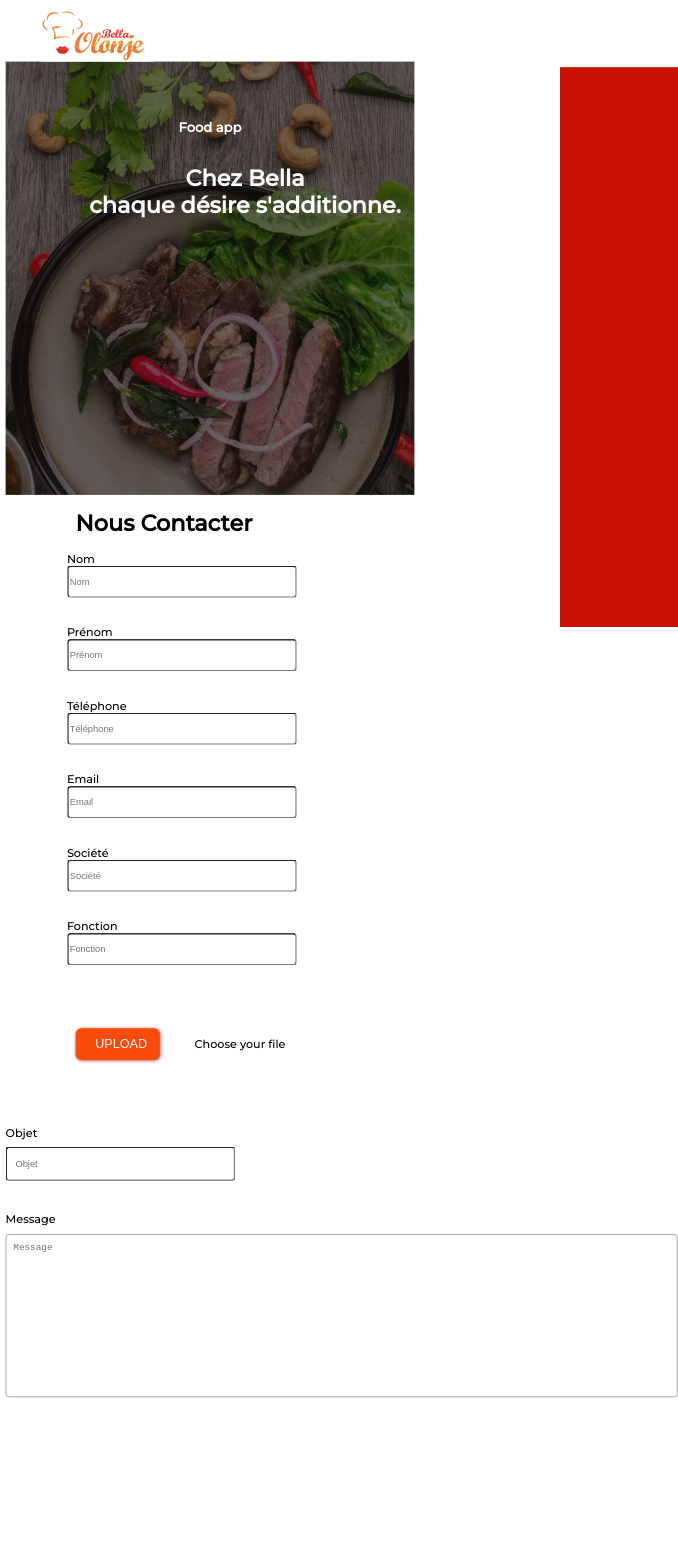
Repository: Ahlam-belhadj/bella-olange
Page: index3.html
These files come from the project's save history. The page is drawn as it stood at one moment and after the next save; the edit follows.
The browser window is 600 px wide. The page is 968 px wide, then 682 px, so the pictures cover 968 px, including what lies to the right of the window. The pictures show the part of the page from y = 0 to 2240 px (the page is 2650 px tall), at 70% of full size.
Pictures or frames that could not be fetched are drawn as grey boxes.

Above is the page before, as saved 2023-02-12 21:04:39.

### index3.html
<!DOCTYPE html>
<html lang="en">

<head>
    <meta charset="UTF-8">
    <meta http-equiv="X-UA-Compatible" content="IE=edge">
    <meta name="viewport" content="width=device-width, initial-scale=1.0">
    <link rel="stylesheet" href="style3.css">
    <script src="https://www.google.com/recaptcha/api.js" async defer></script>
    <title>Bella olanje</title>
</head>

<body>
    <header>
        <nav>
            <div class="logo"><img  class="logo" src="image/logo_bella_olonje.png" alt="logo"></div>
            <ul>
                <li><a href="#" class="nav-link">Home</a></li>
                <li><a href="#" class="nav-link">Pizza</a></li>
                <li><a href="#" class="nav-link">Burgers</a></li>
                <li><a href="#" class="nav-link">Salade</a></li>
                <li><a href="#" class="nav-link">Contact</a></li>

            </ul>
            <div class="icon_navbar">
                <label for="click" class="menu-btn">
                  <i class="fas fa-bars"></i>
                </label>
            </div>
          </nav>

        <div class="title">
            <div class="texte">
                <h3>Food app</h3>
                <h1>Chez Bella <br>
                    chaque désire s'additionne.</h1>
            </div>
        </div>
    </header>
    <main>
    <div class="information">
        <form>
            <h1>Nous Contacter</h1>
            <div class="commande">
                <div class="info1">
                    <div class="label">
                        <label>Nom</label>
                        <br>
                        <input type="text" placeholder="Nom">
                    </div>
                    <div class="label">
                        <label>Prénom</label>
                        <br>
                        <input type="text" placeholder="Prénom">
                    </div>
                </div>
                <div class="info2">
                    <div class="label">
                        <label>Téléphone</label>
                        <br>
                        <input type="text" placeholder="Téléphone">
                    </div>
                    <div class="label">
                        <label>Email</label>
                        <br>
                        <input type="email" placeholder="Email">
                    </div>
                </div>
                <div class="info1">
                    <div class="label">
                        <label>Société</label>
                        <br>
                        <input type="text" placeholder="Société">
                    </div>
                    <div class="label">
                        <label>Fonction</label>
                        <br>
                        <input type="email" placeholder="Fonction">
                    </div>
                </div>

            </div>
        </form>
    </div>


    <div class="chose">
        <div class="div_button">
            <button class="button1" type="button">UPLOAD</button>
            <p>Choose your file</p>
        </div>
    </div>

    <div>
        <div class="g-recaptcha" data-sitekey="6Lff4ygkAAAAABA1RWNuq8ewgkRZaDD-yAWqFs1t"></div>
    </div>

    <div class="grp_choose">
        <div class="choose_message">
            <div class="label_choose">
                <label>Objet</label><br>
                <input type="text" placeholder="Objet">
            </div>
            <div class="label_message">
                <label>Message</label><br>
                <textarea placeholder="Message"></textarea>
            </div>
        </div>
    </div>


    <div class="maps">
        <iframe
            src="https://www.google.com/maps/embed?pb=!1m18!1m12!1m3!1d6464.54830951471!2d2.4294808287259815!3d48.785241545980085!2m3!1f0!2f0!3f0!3m2!1i1024!2i768!4f13.1!3m3!1m2!1s0x47e67344bd2d57f1%3A0x2a84a845271b523a!2sAFPA!5e0!3m2!1sfr!2sfr!4v1674668360985!5m2!1sfr!2sfr"
            width="600" height="450" style="border:0;" allowfullscreen="" loading="lazy"
            referrerpolicy="no-referrer-when-downgrade"></iframe>
    </div>


    <div class="button1">
        <button class="button">Envoyer</button>
    </div>
</main>
</body>

</html>

### style3.css
@import url('https://fonts.googleapis.com/css2?family=Montserrat:wght@100;200;500&display=swap');

body {
    font-family: Montserrat, sans-serif;
}


.logo {
    height: 80px;
}

nav {
    display: flex;
    height: 80px;
    width: 100%;
    background: white;
    align-items: center;
    justify-content: space-between;
    padding: 0 50px 0 100px;
    flex-wrap: wrap;
  }

  nav .logo {
    color: #fff;
    font-size: 20px;
    text-transform: uppercase;
    text-decoration: none;
  }

  nav a {
    color: #fff;
    text-decoration: none;
  }

  nav ul {
    display: flex;
    flex-wrap: wrap;
    list-style: none;

  }

  nav ul li {
    margin: 0 5px;
  }

  nav ul li a {
    color: black;
    text-decoration: none;
    font-size: 16px;
    font-weight: 500;
    padding: 8px 15px;
    border-radius: 5px;
    letter-spacing: 1px;
    transition: all 0.3s ease;
  }

  nav .icon_navbar {
    display: flex;
  }



  nav .menu-btn i {
    color: #050505;
    font-size: 22px;
    cursor: pointer;

  }

  input[type="checkbox"] {
    display: none;
  }

  @media (max-width: 1000px) {
    nav {
      padding: 0 40px 0 50px;
    }

    nav .logo {
      color: #fff;
      font-size: 16px;
      text-transform: uppercase;
    }
  }

  @media (max-width: 1250px) {
    nav .menu-btn i {
      display: block;
    }

    #click:checked~.menu-btn i:before {
      content: "\f00d";
    }

    nav ul {
      position: fixed;
      top: 80px;
      right: -100%;
      background: #C81100;
      height: 100vh;
      width: 60%;
      text-align: center;
      display: block;
      transition: all 0.3s ease;
    }

    #click:checked~ul {
      right: 0;
    }

    nav ul li {
      width: 100%;
      margin: 40px 0;
    }

    nav ul li a {
      width: 100%;
      display: block;
      font-size: 20px;
      transition: 0.6s cubic-bezier(0.68, -0.55, 0.265, 1.55);
    }

    #click:checked~ul li a {
      margin-left: 0px;
    }

    nav ul li a.active,
    nav ul li a:hover {
      background: none;
      color: #1E1E1E;
    }
  }

.title {
  background-image: url(image/Rectangle\ 48.png);
  height: 619px;
  background-repeat: no-repeat;
  background-position: center;
  background-size: cover;



}

.texte{
    color: white;
    display: flex;
    align-items: center;
    justify-content: center;
    flex-direction: column;
    text-align: center;
    height: 50%;
}
/* header */

h1 {
    padding-left: 100px;
}


h2{
    text-align:center;
    padding-bottom: 20px;
}
.info1{
    display: flex;
    justify-content: space-around;
    padding-right: 100px;
}

.info2{
    display: flex;
    justify-content: space-around;
    padding-right: 100px;
}
input {
    width: 320px;
    height: 40px;
    border-radius: 5px;
    margin-bottom: 40px;

}


.maps{
    display: flex;

    padding-left: 200px ;
}

iframe {
width: 941px;
height: 500px;
left: 100px;
top: 1875px;

}


/* button */
button {
    border: 0;
    line-height: 2.5;
    width: 120px;
    padding: 0 18px;
    font-size: 18px;
    text-align: center;
    color: #fff;
    border-radius: 20px;
    background-color: #FA4A0C;
    box-shadow: 1px 1px 5px #B73227;


}

.button1{
    display: flex;
    justify-content: end;
    margin: 50px 0px 35px 100px;
    border-radius: 8px;
}

p {
        margin-top: 63px;
    margin-left: 50px;
}

.btn{
    display: flex;
}


.div_button {
    padding: 50px 0px 35px 100px;
    display: flex;
}

/* button */


.chose {
    display: flex;
}
.grp_choose {
    padding-left: 200px;
}

.label_choose input {
    width: 938px;
    height: 35px;
    margin-bottom: 20px;
    margin-top: 10px;
    padding: 5px 12px;
    color: grey;
    border-radius: 5px;
    border-color: gray;
}
.label_message {
    padding-top: 25px;
}
textarea {
    width: 938px;
    height: 141px;
    margin-bottom: 20px;
    color: grey;
    border-color: gray;
    margin-top: 12px;
    padding: 10px 10px 80px;
    outline: none;
    border-radius: 5px;
    resize: none;
}

.g-recaptcha {
    padding-left: 200px;
    margin-bottom: 60px;
}

@media (max-width:700px) {
    .info1 {
        display: flex;
        flex-direction: column;
        padding-left: 15%;
    }

    .info2 {
        display: flex;
        flex-direction: column;
        padding-left: 15%;
    }

    .div_button {
        padding: 0px;
      }

      .g-recaptcha{
        padding-left: 20%;
      }

      .grp_choose {
        padding-left: 0px;
      }

      .label_choose input{
        width: 300px;
      }
}

@media screen and (min-width:701px) and (max-width:1199px) {




}

After the next save:
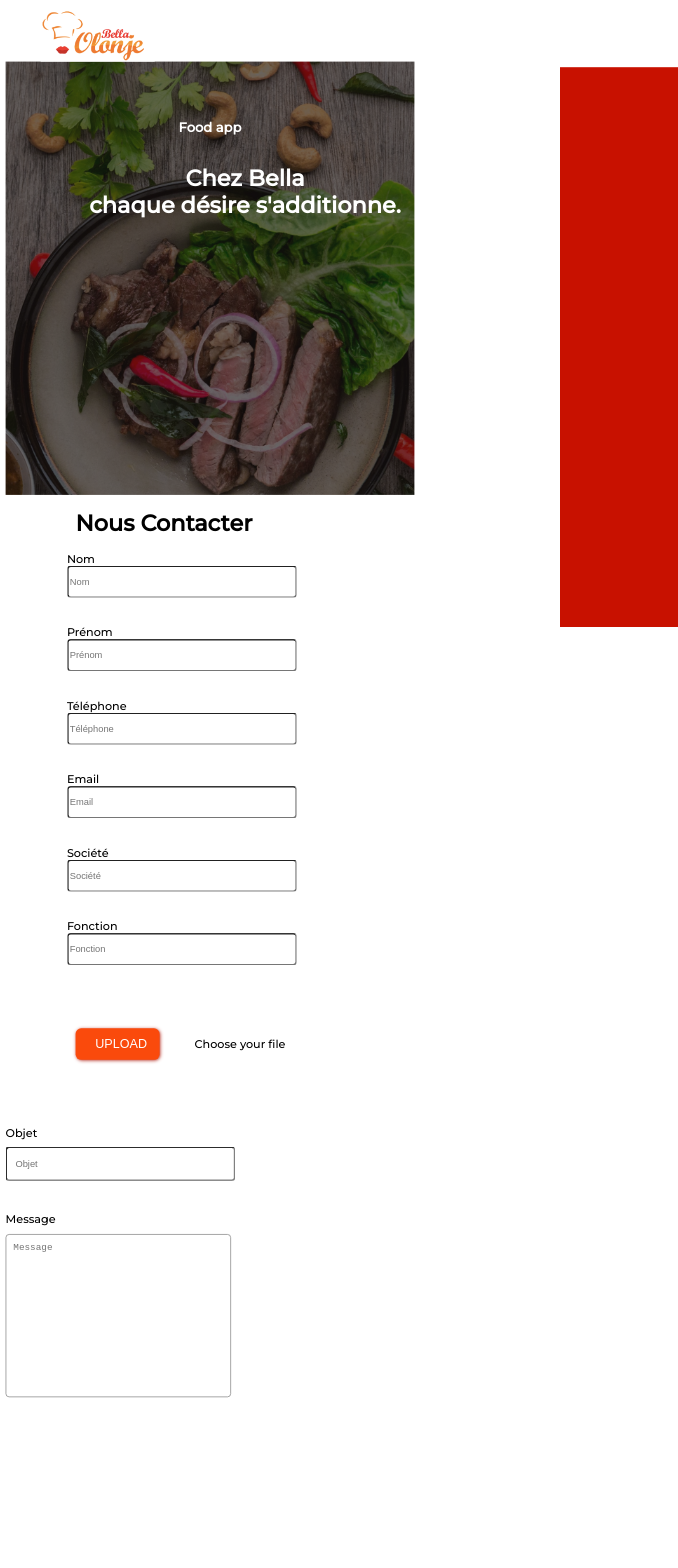
Saved 73 s later.
--- a/style3.css
+++ b/style3.css
@@ -304,6 +304,10 @@ textarea {
       .label_choose input{
         width: 300px;
       }
+
+      textarea {
+        width: 300px;
+      }
 }
 
 @media screen and (min-width:701px) and (max-width:1199px) {
